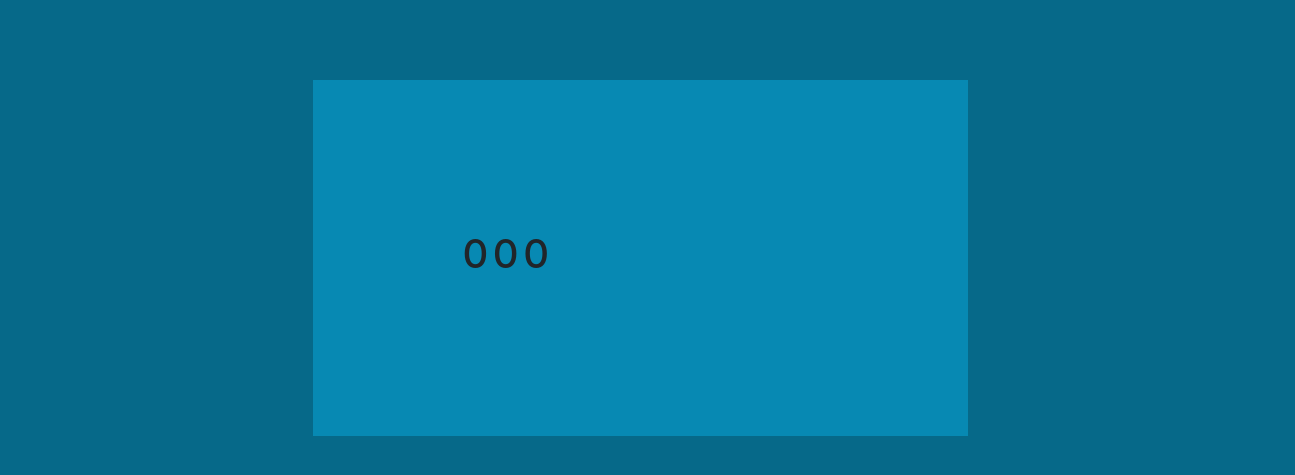
Repository: moiz9265/stopwatch
Page: index.html
These files come from the project's save history. The page is drawn as it stood at one moment and after the next save; the edit follows.
The browser window is 1280 px wide. The page is 1295 px wide, so the pictures cover 1295 px, including what lies to the right of the window. The pictures show the whole page.

Above is the page before, as saved 2020-07-09 22:51:37.

### index.html
<!DOCTYPE html>
<html lang="en">
  <head>
    <meta charset="utf-8">
    <title>Stop Watch</title>

    <link rel="stylesheet" href="css/bootstrap.min.css">
    <link rel="stylesheet" href="css/style.css" type="text/css">
    <script src="js/app.js">

    </script>
  </head>
  <body>
      <!-- <h1  style="text-align: center;">Stop Watch</h1> -->
        <div class="row" style="margin-top: 80px;">
            <div class="col-md-3">

            </div>
            <div id="maindiv" class="col-sm-12 col-md-6">
                <h1>0</h1>
                <h1>0</h1>
                <h1>0</h1>
            </div>
            <div class="col-md-3">

            </div>

        </div>
  </body>
  <script src="js/jquery-3.2.1.slim.min.js"></script>
  <script src="js/popper.min.js"></script>
  <script src="js/bootstrap.min.js"> </script>
</html>

### css/style.css
body{
    background-color: #066989;
}

#maindiv
{

    width: 40%;
    background-color: #0789B3;
    padding: 150px;
}

h1
{
    display: inline-block;

}

Loaded but not shown: css/bootstrap.min.css (library); js/jquery-3.2.1.slim.min.js (library); js/popper.min.js (library); js/bootstrap.min.js (library); js/app.js (no stored copy; drawn as an empty file)

After the next save:
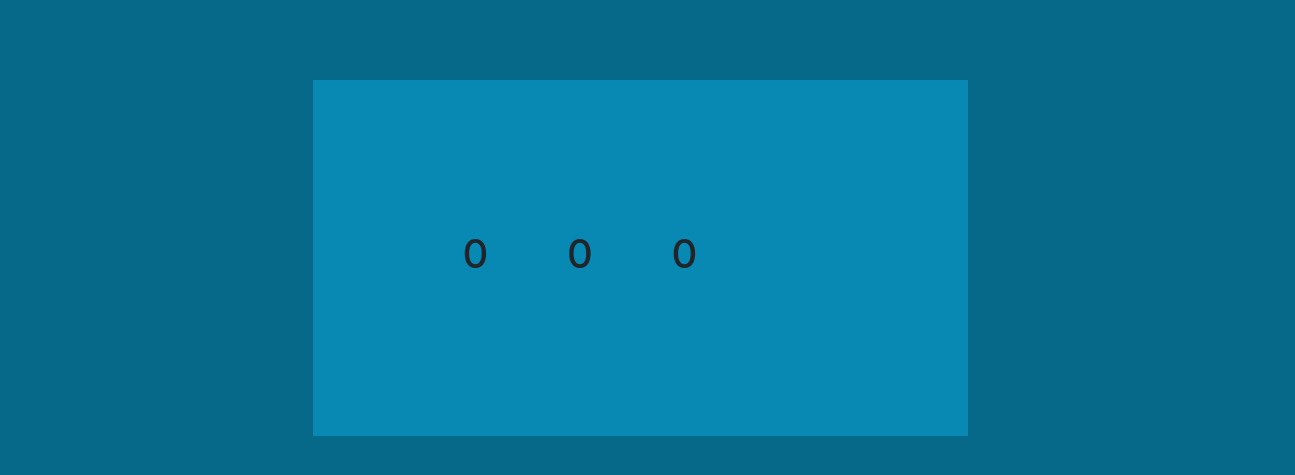
Saved 4 s later.
--- a/css/style.css
+++ b/css/style.css
@@ -13,5 +13,5 @@ body{
 h1
 {
     display: inline-block;
-
+    width: 100px;
 }
